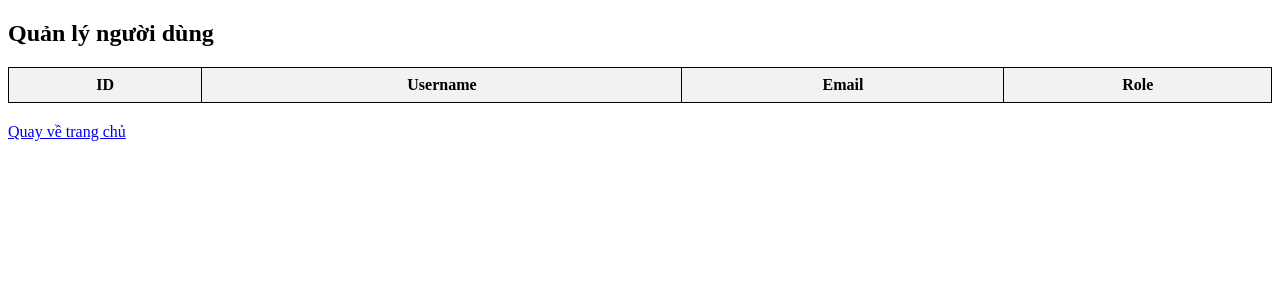
Repository: TuanAnhNguyen723/DanhGiaKIemDinh
Page: http://localhost/phpmailer/quanly.php
The author's editor kept a copy of each file at every save. The page is drawn from the files as they stood at one save, then again after the next save.
The browser window is 1280 px wide. The pictures show the whole page.
The page is run by PHP 8.4 with error messages shown; the project is at /var/www/html/. Queries for data that is not in the repository find no rows.

Above is the page before, as saved 2024-05-24 10:35:06.

After the next save:
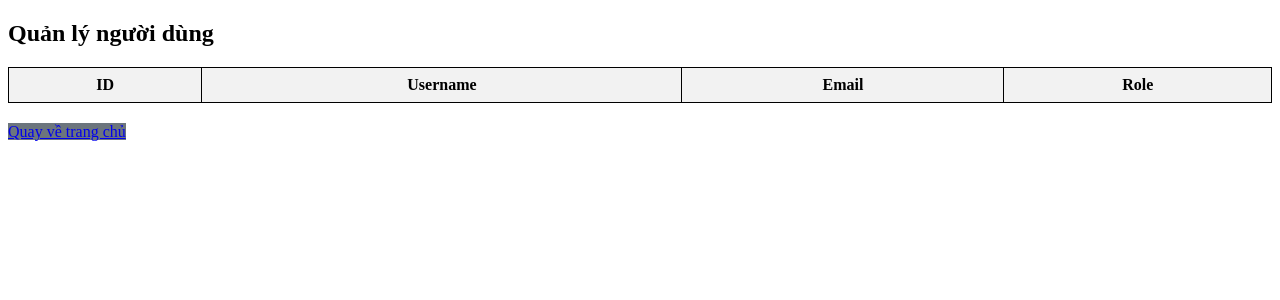
Saved 27 s later.
--- a/quanly.php
+++ b/quanly.php
@@ -66,6 +66,24 @@ mysqli_close($link);
         background-color: #333;
         color: white;
     }
+
+    .btn-primary {
+            background-color: #007bff;
+            border-color: #007bff;
+        }
+        .btn-primary:hover {
+            background-color: #0056b3;
+            border-color: #004085;
+        }
+        .btn-secondary {
+            background-color: #6c757d;
+            border-color: #6c757d;
+            margin-top: 10px;
+        }
+        .btn-secondary:hover {
+            background-color: #5a6268;
+            border-color: #545b62;
+        }
 </style>
 </head>
 <body>
